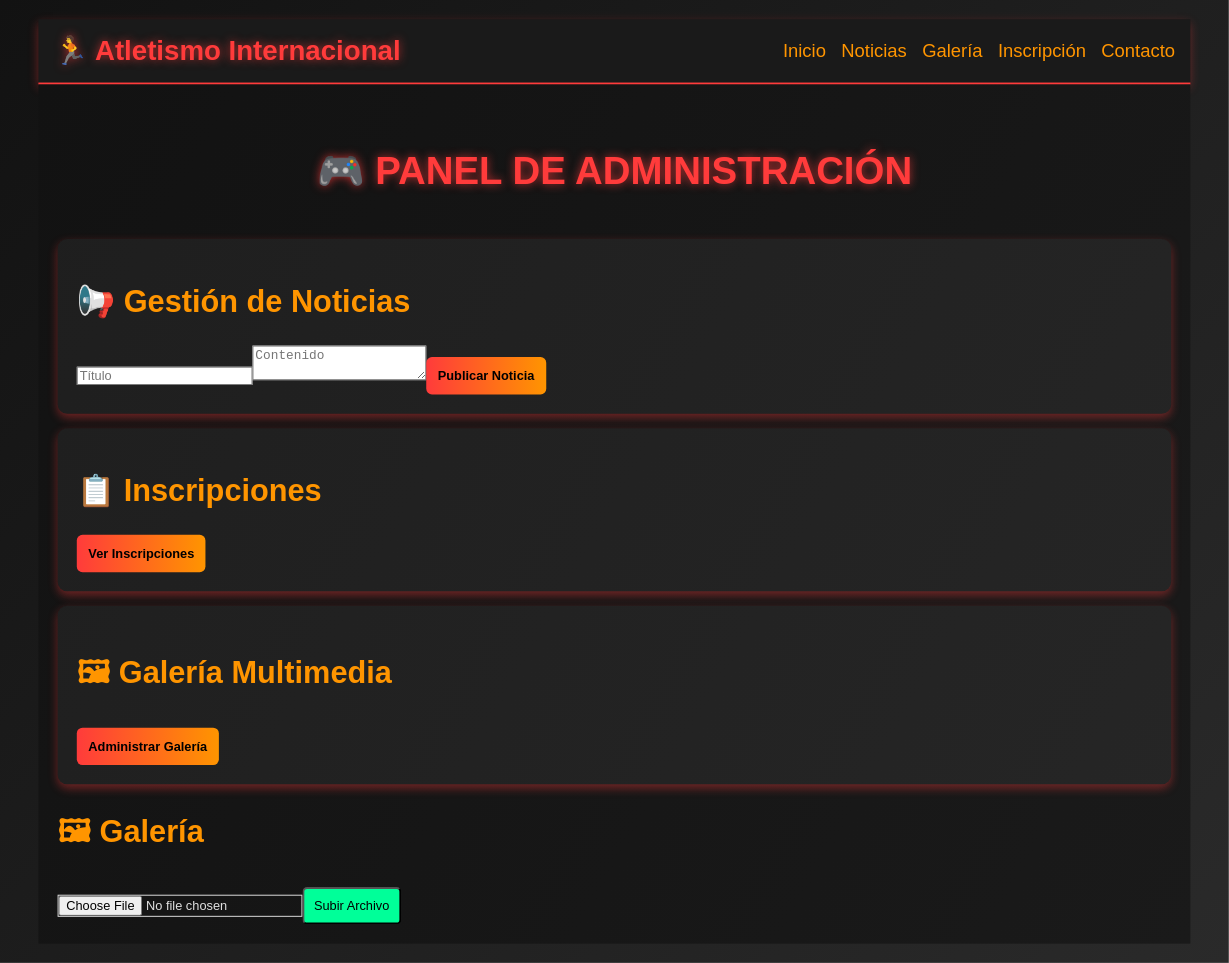
Repository: demoniers/web-meeting
Page: /panel
The author's editor kept a copy of each file at every save. The page is drawn from the files as they stood at one save, then again after the next save.
The browser window is 1280 px wide. The pictures show the whole page, at 96% of full size.
The page's requests for data from a server got no answer. The project was rebuilt for these pictures with package versions that can differ from the ones it lists, and the page was loaded fresh each time. No one was signed in, and anything a server would have sent is missing. Also part of the build but not shown: vite.config.js, src/pages/Home.jsx, src/pages/Noticias.jsx, src/pages/Galeria.jsx, src/pages/Inscripcion.jsx, src/pages/Login.jsx, src/pages/Register.jsx.

Above is the page before, as saved 2025-05-08 12:56:44.

After the next save:
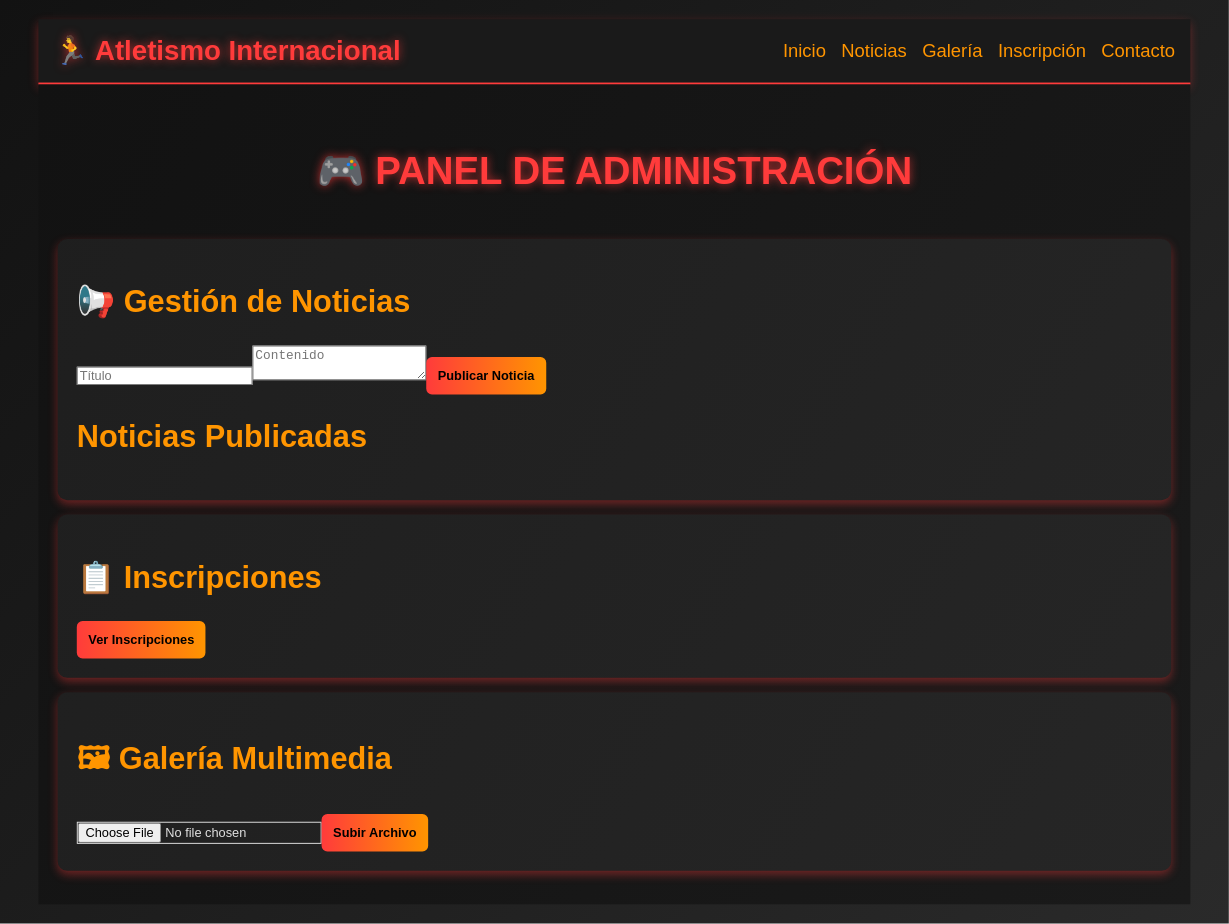
Saved 3 min 8 s later.
--- a/src/pages/Panel.jsx
+++ b/src/pages/Panel.jsx
@@ -78,20 +78,27 @@ export default function Panel() {
     window.location.reload();
   };
   return (
-
     <div className={styles["panel-container"]}>
       <h1 className={styles["panel-header"]}>🎮 Panel de Administración</h1>
 
       {/* 📢 Gestión de Noticias */}
       <div className={styles["panel-card"]}>
         <h2>📢 Gestión de Noticias</h2>
-        <input name="title" placeholder="Título" onChange={(e) => setNewArticle({ ...newArticle, title: e.target.value })} className="border p-2" />
-        <textarea name="content" placeholder="Contenido" onChange={(e) => setNewArticle({ ...newArticle, content: e.target.value })} className="border p-2"></textarea>
-        <button className={styles["panel-button"]}>Publicar Noticia</button>
-      </div>
+        <input
+          name="title"
+          placeholder="Título"
+          onChange={(e) => setNewArticle({ ...newArticle, title: e.target.value })}
+          className="border p-2"
+        />
+        <textarea
+          name="content"
+          placeholder="Contenido"
+          onChange={(e) => setNewArticle({ ...newArticle, content: e.target.value })}
+          className="border p-2"
+        ></textarea>
+        <button className={styles["panel-button"]} onClick={handleCreateNews}>Publicar Noticia</button>
 
-      <div className={styles["panel-card"]}>
-        <h2>📋 Inscripciones</h2>
+        <h2 className="text-red-400 text-xl mt-6">Noticias Publicadas</h2>
         {news.map((article) => (
           <div key={article.id} className="border p-4">
             <h2>{article.title}</h2>
@@ -99,11 +106,11 @@ export default function Panel() {
             <button className="bg-red-600 p-2 mt-2 text-black" onClick={() => handleDeleteNews(article.id)}>Eliminar</button>
           </div>
         ))}
-        <button className={styles["panel-button"]}>Ver Inscripciones</button>
       </div>
 
+      {/* 📋 Gestión de Inscripciones */}
       <div className={styles["panel-card"]}>
-        <h2>🖼 Galería Multimedia</h2>
+        <h2>📋 Inscripciones</h2>
         {inscripciones.map((inscripcion) => (
           <div key={inscripcion.id} className="border p-4">
             <p><strong>Nombre:</strong> {inscripcion.nombre} {inscripcion.apellidos}</p>
@@ -111,19 +118,27 @@ export default function Panel() {
             <p><strong>Prueba:</strong> {inscripcion.prueba}</p>
           </div>
         ))}
-        <button className={styles["panel-button"]}>Administrar Galería</button>
+        <button className={styles["panel-button"]}>Ver Inscripciones</button>
       </div>
-      {/* 🖼 Gestión de Galería */}
-      <h2 className="text-red-400 text-2xl mt-6">🖼 Galería</h2>
-      <input type="file" onChange={(e) => setFile(e.target.files[0])} className="border p-2" />
-      <button onClick={handleUpload} className="bg-red-500 p-2 text-black">Subir Archivo</button>
 
-      {gallery.map((media) => (
-        <div key={media.id} className="border p-4">
-          {media.tipo === "imagen" ? <img src={media.archivo} className="w-full" /> : <video src={media.archivo} controls className="w-full" />}
-          <button onClick={() => handleDeleteMedia(media.id)} className="bg-red-600 p-2 mt-2 text-black">Eliminar</button>
-        </div>
-      ))}
+      {/* 🖼 Gestión de Galería Multimedia */}
+      <div className={styles["panel-card"]}>
+        <h2>🖼 Galería Multimedia</h2>
+        <input type="file" onChange={(e) => setFile(e.target.files[0])} className="border p-2" />
+        <button className={styles["panel-button"]} onClick={handleUpload}>Subir Archivo</button>
+
+        {gallery.map((media) => (
+          <div key={media.id} className="border p-4">
+            {media.tipo === "imagen" ? (
+              <img src={media.archivo} className="w-full" alt="Galería" />
+            ) : (
+              <video src={media.archivo} controls className="w-full"></video>
+            )}
+            <button className="bg-red-600 p-2 mt-2 text-black" onClick={() => handleDeleteMedia(media.id)}>Eliminar</button>
+          </div>
+        ))}
+      </div>
     </div>
   );
+
 }
